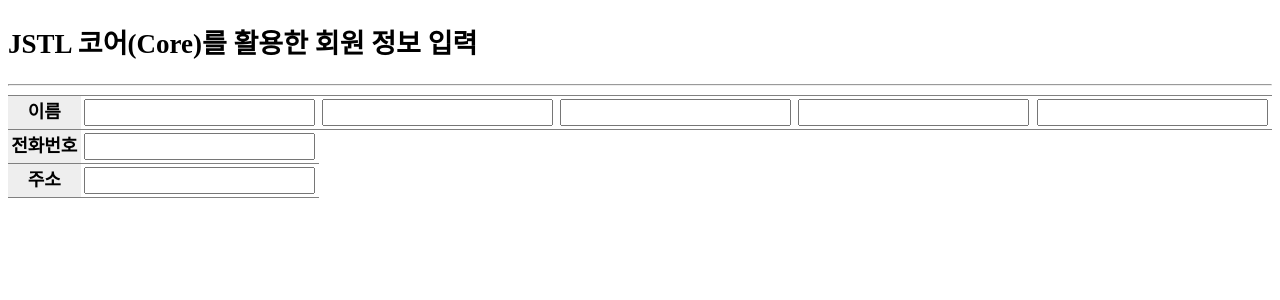
Repository: onpul/Web
Page: http://localhost/WebApp22/MemberInsertForm.jsp
These files come from the project's save history. The page is drawn as it stood at one moment and after the next save; the edit follows.
The browser window is 1280 px wide. The pictures show the whole page.
The page is served by Tomcat 9.

Above is the page before, as saved 2022-04-29 08:32:03.

After the next save:
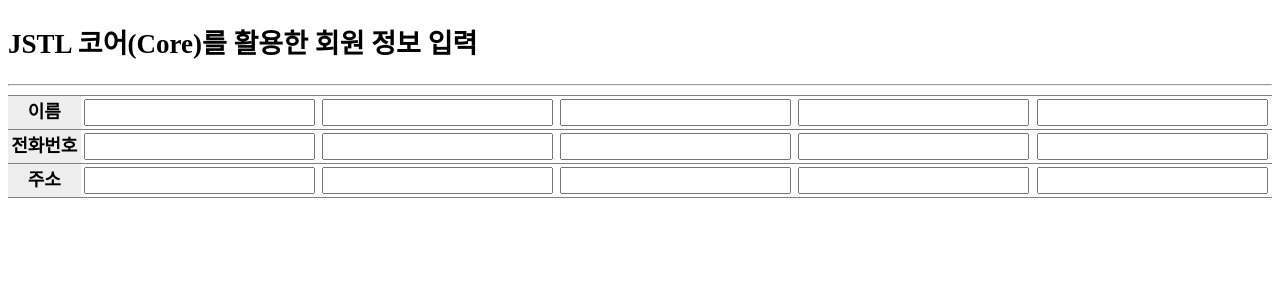
Saved 17 s later.
--- a/WebApp22/WebContent/MemberInsertForm.jsp
+++ b/WebApp22/WebContent/MemberInsertForm.jsp
@@ -31,15 +31,15 @@
 			</tr>
 			<tr>
 				<th>전화번호</th>
-				<td>
-					<input type="text" name="tel"/>
-				</td>
+				<c:forEach var="a" begin="1" end="5" step="1">
+					<td><input type="text" name="tel${a }"/></td>
+				</c:forEach>
 			</tr>
 			<tr>
 				<th>주소</th>
-				<td>
-					<input type="text" name="addr"/>
-				</td>
+				<c:forEach var="a" begin="1" end="5" step="1">
+					<td><input type="text" name="addr${a }"/></td>
+				</c:forEach>
 			</tr>
 		</table>
 	</form>
